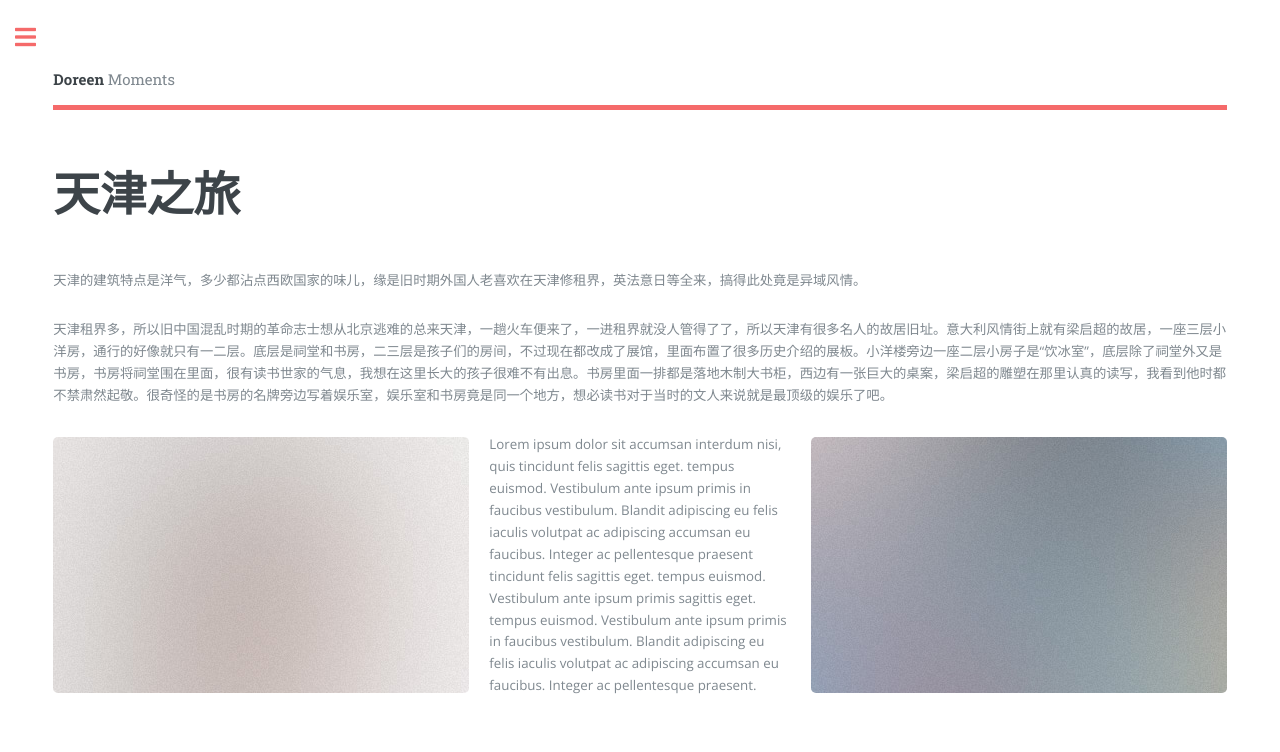
Repository: Hpz3859/Hpz3859.github.io
Page: tianjin_2023_02.html
An editor plug-in stored every save of this project. The page is shown before and after the next save, followed by the edit.
The browser window is 1280 px wide. The pictures show the whole page.

Above is the page before, as saved 2025-03-19 18:10:07.

### tianjin_2023_02.html
<!DOCTYPE HTML>
<!--
	Editorial by HTML5 UP
	html5up.net | @ajlkn
	Free for personal and commercial use under the CCA 3.0 license (html5up.net/license)
-->
<html>
	<head>
		<title>Doreen tianjin_2023_02</title>
		<meta charset="utf-8" />
		<meta name="viewport" content="width=device-width, initial-scale=1, user-scalable=no" />
		<link rel="stylesheet" href="assets/css/main.css" />
	</head>
	<body class="is-preload">

		<!-- Wrapper -->
			<div id="wrapper">

				<!-- Main -->
					<div id="main">
						<div class="inner">

							<!-- Header -->
								<header id="header">
									<a href="tianjin_2023_02.html" class="logo"><strong>Doreen</strong> Moments</a>

								</header>

							<!-- Content -->
								<section>
									<header class="main">
										<h1>天津之旅</h1>
									</header>
									<p>		天津的建筑特点是洋气，多少都沾点西欧国家的味儿，缘是旧时期外国人老喜欢在天津修租界，英法意日等全来，搞得此处竟是异域风情。</p>

									<p>		天津租界多，所以旧中国混乱时期的革命志士想从北京逃难的总来天津，一趟火车便来了，一进租界就没人管得了了，所以天津有很多名人的故居旧址。意大利风情街上就有梁启超的故居，一座三层小洋房，通行的好像就只有一二层。底层是祠堂和书房，二三层是孩子们的房间，不过现在都改成了展馆，里面布置了很多历史介绍的展板。小洋楼旁边一座二层小房子是“饮冰室”，底层除了祠堂外又是书房，书房将祠堂围在里面，很有读书世家的气息，我想在这里长大的孩子很难不有出息。书房里面一排都是落地木制大书柜，西边有一张巨大的桌案，梁启超的雕塑在那里认真的读写，我看到他时都不禁肃然起敬。很奇怪的是书房的名牌旁边写着娱乐室，娱乐室和书房竟是同一个地方，想必读书对于当时的文人来说就是最顶级的娱乐了吧。</p>
									<p>
										<span class="image left"><img src="images/pic01.jpg" alt="" /></span>
									</p>
									<p><span class="image right"><img src="images/pic02.jpg" alt="" /></span>Lorem ipsum dolor sit accumsan interdum nisi, quis tincidunt felis sagittis eget. tempus euismod. Vestibulum ante ipsum primis in faucibus vestibulum. Blandit adipiscing eu felis iaculis volutpat ac adipiscing accumsan eu faucibus. Integer ac pellentesque praesent tincidunt felis sagittis eget. tempus euismod. Vestibulum ante ipsum primis sagittis eget. tempus euismod. Vestibulum ante ipsum primis in faucibus vestibulum. Blandit adipiscing eu felis iaculis volutpat ac adipiscing accumsan eu faucibus. Integer ac pellentesque praesent.</p>

								</section>

						</div>
					</div>

				<!-- Sidebar -->
					<div id="sidebar">
						<div class="inner">

							<!-- Search -->
								<section id="search" class="alt">
									<form method="post" action="#">
										<input type="text" name="query" id="query" placeholder="Search" />
									</form>
								</section>

							<!-- Menu -->
								<nav id="menu">
									<header class="major">
										<h2>Menu</h2>
									</header>
									<ul>
										<li><a href="index.html">Homepage</a></li>
										<li><a href="generic.html">Generic</a></li>
										<li><a href="elements.html">Elements</a></li>
										<li>
											<span class="opener">Submenu</span>
											<ul>
												<li><a href="#">Lorem Dolor</a></li>
												<li><a href="#">Ipsum Adipiscing</a></li>
												<li><a href="#">Tempus Magna</a></li>
												<li><a href="#">Feugiat Veroeros</a></li>
											</ul>
										</li>
										<li><a href="#">Etiam Dolore</a></li>
										<li><a href="#">Adipiscing</a></li>
										<li>
											<span class="opener">Another Submenu</span>
											<ul>
												<li><a href="#">Lorem Dolor</a></li>
												<li><a href="#">Ipsum Adipiscing</a></li>
												<li><a href="#">Tempus Magna</a></li>
												<li><a href="#">Feugiat Veroeros</a></li>
											</ul>
										</li>
										<li><a href="#">Maximus Erat</a></li>
										<li><a href="#">Sapien Mauris</a></li>
										<li><a href="#">Amet Lacinia</a></li>
									</ul>
								</nav>

							<!-- Section -->
								<section>
									<header class="major">
										<h2>Ante interdum</h2>
									</header>
									<div class="mini-posts">
										<article>
											<a href="#" class="image"><img src="images/pic07.jpg" alt="" /></a>
											<p>Aenean ornare velit lacus, ac varius enim lorem ullamcorper dolore aliquam.</p>
										</article>
										<article>
											<a href="#" class="image"><img src="images/pic08.jpg" alt="" /></a>
											<p>Aenean ornare velit lacus, ac varius enim lorem ullamcorper dolore aliquam.</p>
										</article>
										<article>
											<a href="#" class="image"><img src="images/pic09.jpg" alt="" /></a>
											<p>Aenean ornare velit lacus, ac varius enim lorem ullamcorper dolore aliquam.</p>
										</article>
									</div>
									<ul class="actions">
										<li><a href="#" class="button">More</a></li>
									</ul>
								</section>

							<!-- Section -->
								<section>
									<header class="major">
										<h2>Get in touch</h2>
									</header>
									<p>Sed varius enim lorem ullamcorper dolore aliquam aenean ornare velit lacus, ac varius enim lorem ullamcorper dolore. Proin sed aliquam facilisis ante interdum. Sed nulla amet lorem feugiat tempus aliquam.</p>
									<ul class="contact">
										<li class="icon solid fa-envelope"><a href="#">information@untitled.tld</a></li>
										<li class="icon solid fa-phone">(000) 000-0000</li>
										<li class="icon solid fa-home">1234 Somewhere Road #8254<br />
										Nashville, TN 00000-0000</li>
									</ul>
								</section>

							<!-- Footer -->
								<footer id="footer">
									<p class="copyright">&copy; Untitled. All rights reserved. Demo Images: <a href="https://unsplash.com">Unsplash</a>. Design: <a href="https://html5up.net">HTML5 UP</a>.</p>
								</footer>

						</div>
					</div>

			</div>

		<!-- Scripts -->
			<script src="assets/js/jquery.min.js"></script>
			<script src="assets/js/browser.min.js"></script>
			<script src="assets/js/breakpoints.min.js"></script>
			<script src="assets/js/util.js"></script>
			<script src="assets/js/main.js"></script>

	</body>
</html>

Loaded but not shown: assets/js/jquery.min.js (library); assets/js/browser.min.js (common file); assets/js/breakpoints.min.js (common file); assets/css/fontawesome-all.min.css (library); assets/js/util.js (587 lines, source omitted); assets/js/main.js (262 lines, source omitted); assets/css/main.css (2273 lines, source omitted)

After the next save:
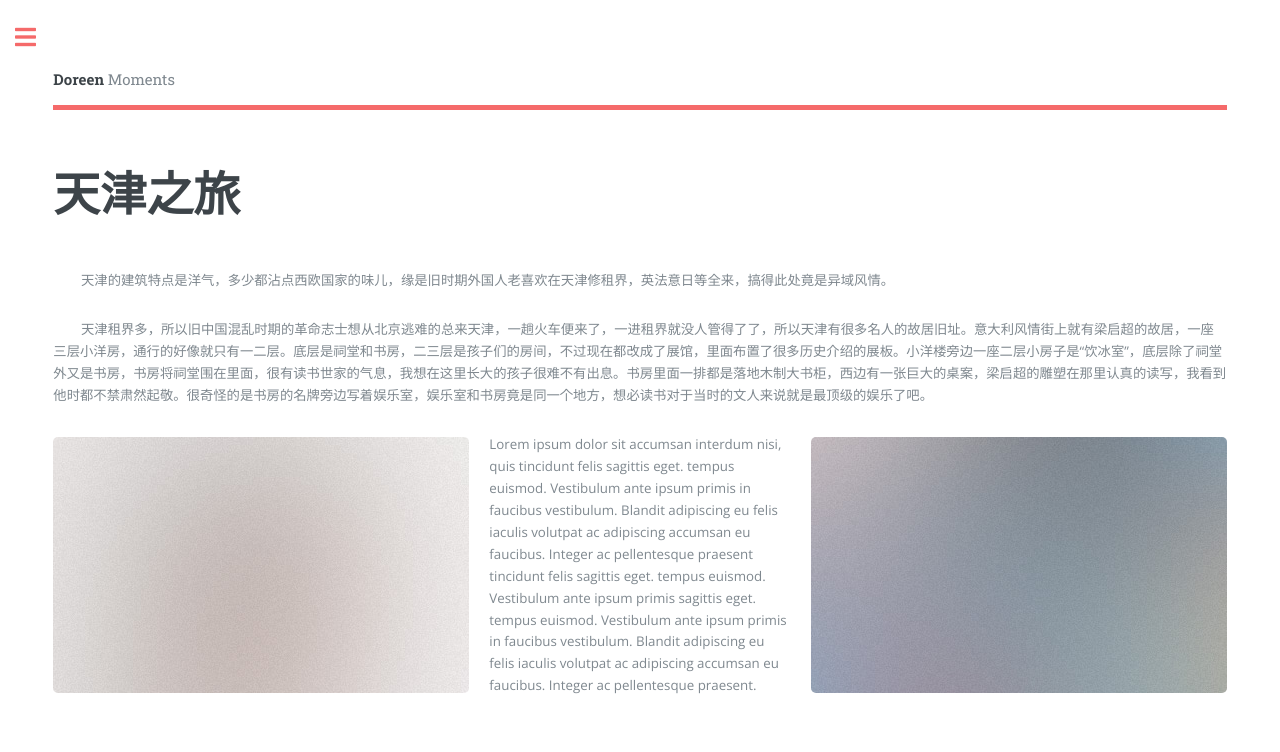
Saved 29 s later.
--- a/tianjin_2023_02.html
+++ b/tianjin_2023_02.html
@@ -31,9 +31,9 @@
 									<header class="main">
 										<h1>天津之旅</h1>
 									</header>
-									<p>		天津的建筑特点是洋气，多少都沾点西欧国家的味儿，缘是旧时期外国人老喜欢在天津修租界，英法意日等全来，搞得此处竟是异域风情。</p>
+									<p>&nbsp;&nbsp;&nbsp;&nbsp;&nbsp;&nbsp;&nbsp;&nbsp;天津的建筑特点是洋气，多少都沾点西欧国家的味儿，缘是旧时期外国人老喜欢在天津修租界，英法意日等全来，搞得此处竟是异域风情。</p>
 
-									<p>		天津租界多，所以旧中国混乱时期的革命志士想从北京逃难的总来天津，一趟火车便来了，一进租界就没人管得了了，所以天津有很多名人的故居旧址。意大利风情街上就有梁启超的故居，一座三层小洋房，通行的好像就只有一二层。底层是祠堂和书房，二三层是孩子们的房间，不过现在都改成了展馆，里面布置了很多历史介绍的展板。小洋楼旁边一座二层小房子是“饮冰室”，底层除了祠堂外又是书房，书房将祠堂围在里面，很有读书世家的气息，我想在这里长大的孩子很难不有出息。书房里面一排都是落地木制大书柜，西边有一张巨大的桌案，梁启超的雕塑在那里认真的读写，我看到他时都不禁肃然起敬。很奇怪的是书房的名牌旁边写着娱乐室，娱乐室和书房竟是同一个地方，想必读书对于当时的文人来说就是最顶级的娱乐了吧。</p>
+									<p>&nbsp;&nbsp;&nbsp;&nbsp;&nbsp;&nbsp;&nbsp;&nbsp;天津租界多，所以旧中国混乱时期的革命志士想从北京逃难的总来天津，一趟火车便来了，一进租界就没人管得了了，所以天津有很多名人的故居旧址。意大利风情街上就有梁启超的故居，一座三层小洋房，通行的好像就只有一二层。底层是祠堂和书房，二三层是孩子们的房间，不过现在都改成了展馆，里面布置了很多历史介绍的展板。小洋楼旁边一座二层小房子是“饮冰室”，底层除了祠堂外又是书房，书房将祠堂围在里面，很有读书世家的气息，我想在这里长大的孩子很难不有出息。书房里面一排都是落地木制大书柜，西边有一张巨大的桌案，梁启超的雕塑在那里认真的读写，我看到他时都不禁肃然起敬。很奇怪的是书房的名牌旁边写着娱乐室，娱乐室和书房竟是同一个地方，想必读书对于当时的文人来说就是最顶级的娱乐了吧。</p>
 									<p>
 										<span class="image left"><img src="images/pic01.jpg" alt="" /></span>
 									</p>
